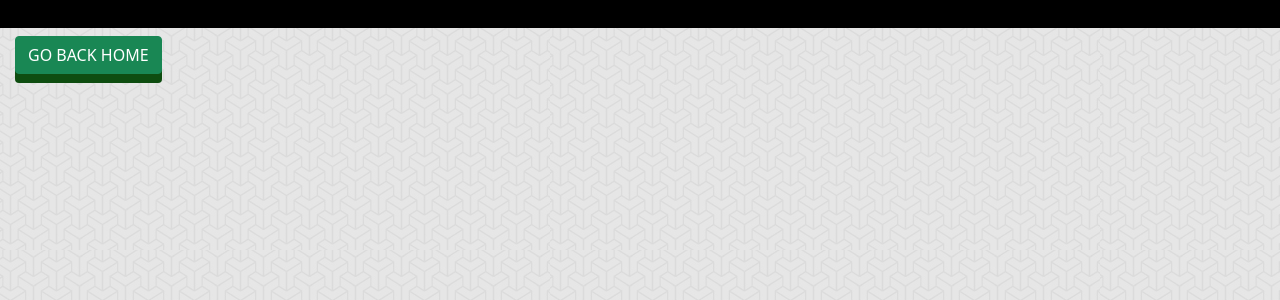
Repository: kavine24/CS490-Python-LMS
Page: html/portal/s/ReviewQuiz.html
An editor plug-in stored every save of this project. The page is shown before and after the next save, followed by the edit.
The browser window is 1280 px wide. The pictures show the whole page.
The page's requests for data from a server got no answer.

Above is the page before, as saved 2022-04-19 19:46:32.

### html/portal/s/ReviewQuiz.html
<!DOCTYPE html>
<html>
  <head>
    <title>Review Exam</title>
    <link rel="stylesheet" href="/style.css">

    <link href="https://cdn.jsdelivr.net/npm/bootstrap@5.1.3/dist/css/bootstrap.min.css" rel="stylesheet" integrity="sha384-1BmE4kWBq78iYhFldvKuhfTAU6auU8tT94WrHftjDbrCEXSU1oBoqyl2QvZ6jIW3" crossorigin="anonymous">
  </head>
  <body>
    <h1 id="header" class="header"></h1>
    <main id="review">
      <a id="goBackHome" href="http://cs490testcenter.ddns.net:50000/portal/s/Home.php">
        <button class="btn btn-success submit">GO BACK HOME</button>
      </a>
    </main>

    <script>

      const urlParams = new URLSearchParams(window.location.search);
      var requestType = 'ReviewExamFTM';
      const examID = urlParams.get('examID');

      function displayExams(){
        const data = {examID, requestType};

        const options = {
          method:'POST',
          headers: {
              "Content-type": "application/json; charset=UTF-8"
          },
          body: JSON.stringify(data)
        };

        fetch('http://cs490testcenter.ddns.net:50000/portal/frontBrowser.php', options)
        .then(response => {
          return response.json();
        })
        .then(data => {
          console.log(data);
          const header = document.getElementById("header");
          header.innerHTML = data.examData.examName;

          const points = document.createTextNode("Grade: " + data.examData.PointsEarned + "/" + data.examData.TotalPoints);
          document.getElementById('review').insertBefore(points, document.getElementById("goBackHome"));
          document.getElementById('review').insertBefore(document.createElement("br"), document.getElementById("goBackHome"));
          document.getElementById('review').insertBefore(document.createElement("br"), document.getElementById("goBackHome"));
          // points.setAttribute("class", "");

          for(let i = 0; i < data.answers.length; i++){
            const div = document.createElement("div");

            const question = document.createElement("label");
            question.setAttribute("class", "container")

            question.appendChild(document.createTextNode("Question " + (i+1)));
            question.appendChild(document.createElement("br"));

            question.appendChild(document.createTextNode(data.answers[i].pointsCorrect + " / " + data.answers[i].points));
            question.appendChild(document.createElement("br"));

            question.appendChild(document.createTextNode("Type: " + data.answers[i].type));
            question.appendChild(document.createElement("br"));

            question.appendChild(document.createTextNode("Difficulty: " + data.answers[i].difficulty));
            question.appendChild(document.createElement("br"));

            question.appendChild(document.createTextNode("Question: " + data.answers[i].question));
            question.appendChild(document.createElement("br"));

            input = document.createElement("textarea");
            input.readOnly = "true";
            input.setAttribute("rows", "15");
            input.setAttribute("cols", "95");
            input.innerHTML = data.answers[i].answer;

            question.appendChild(document.createElement("br"));
            question.appendChild(input);

            question.appendChild(document.createElement("br"));
            question.appendChild(document.createTextNode("Comments: " + data.answers[i].comments));

            div.appendChild(question);

            if(data.answers[i].pointsTable.length > 0){
              const reviewTable = document.createElement("table");
              reviewTable.setAttribute("class", "table");

              const reviewTableHead = document.createElement("thead");
              const tableRow1 = document.createElement("tr");
              tableRow1.setAttribute("class", "filters");

              const tableHeader1 = document.createElement("th");
              tableHeader1.innerHTML = "Case #";

              const tableHeader2 = document.createElement("th");
              tableHeader2.innerHTML = "Input";

              const tableHeader3 = document.createElement("th");
              tableHeader3.innerHTML = "Expected";

              const tableHeader4 = document.createElement("th");
              tableHeader4.innerHTML = "Recieved";

              const tableHeader5 = document.createElement("th");
              tableHeader5.innerHTML = "Points Earned";

              tableRow1.appendChild(tableHeader1);
              tableRow1.appendChild(tableHeader2);
              tableRow1.appendChild(tableHeader3);
              tableRow1.appendChild(tableHeader4);
              tableRow1.appendChild(tableHeader5);

              reviewTableHead.appendChild(tableRow1);
              reviewTable.appendChild(reviewTableHead);

              const tableBody = document.createElement("tbody");

              for(let j = 0; j < data.answers[i].pointsTable.length; j++) {
                const tableRowTR = document.createElement("tr");

                const tableBody1 = document.createElement("td");
                tableBody1.innerHTML = j + 1;

                const tableBody2 = document.createElement("td");
                tableBody2.innerHTML = data.answers[i].pointsTable[j].input;

                const tableBody3 = document.createElement("td");
                tableBody3.innerHTML = data.answers[i].pointsTable[j].expected;

                const tableBody4 = document.createElement("td");
                tableBody4.innerHTML = data.answers[i].pointsTable[j].recieved;

                const tableBody5 = document.createElement("td");
                tableBody5.innerHTML = data.answers[i].pointsTable[j].correct;

                tableRowTR.appendChild(tableBody1);
                tableRowTR.appendChild(tableBody2);
                tableRowTR.appendChild(tableBody3);
                tableRowTR.appendChild(tableBody4);
                tableRowTR.appendChild(tableBody5);

                tableBody.appendChild(tableRowTR);
              }
              reviewTable.appendChild(tableBody);

              const tableRowContraints = document.createElement("tr");

              const tableHead1 = document.createElement("th");
              tableHead1.innerHTML = "Other Criteria";

              const tableHead2 = document.createElement("th");
              tableHead2.innerHTML = "Criteria Check";

              const tableHead3 = document.createElement("th");
              tableHead3.innerHTML = "Points Earned";

              tableRowContraints.appendChild(tableHead1);
              tableRowContraints.appendChild(tableHead2);
              tableRowContraints.appendChild(tableHead3);

              tableBody.appendChild(tableRowContraints);

              if (data.answers[i].fNeeded == "1") {
                const tableCriteria = document.createElement("tr");

                const tableBody1 = document.createElement("td");
                tableBody1.innerHTML = "For Loop";

                const tableBody2 = document.createElement("td");
                tableBody2.innerHTML = data.answers[i].fCorrect == "1" ? "Yes" : "No";

                tableCriteria.appendChild(tableBody1);
                tableCriteria.appendChild(tableBody2);

                tableBody.appendChild(tableCriteria);
              }

              if (data.answers[i].wNeeded == "1") {
                const tableCriteria = document.createElement("tr");

                const tableBody1 = document.createElement("td");
                tableBody1.innerHTML = "While Loop";

                const tableBody2 = document.createElement("td");
                tableBody2.innerHTML = data.answers[i].wCorrect == "1" ? "Yes" : "No";

                tableCriteria.appendChild(tableBody1);
                tableCriteria.appendChild(tableBody2);

                tableBody.appendChild(tableCriteria);
              }

              if (data.answers[i].rNeeded == "1") {
                const tableCriteria = document.createElement("tr");

                const tableBody1 = document.createElement("td");
                tableBody1.innerHTML = "Recursion";

                const tableBody2 = document.createElement("td");
                tableBody2.innerHTML = data.answers[i].rCorrect == "1" ? "Yes" : "No";

                tableCriteria.appendChild(tableBody1);
                tableCriteria.appendChild(tableBody2);

                tableBody.appendChild(tableCriteria);
              }

              const tableCriteriaContraints = document.createElement("tr");

              const tableBodyC1 = document.createElement("td");
              tableBodyC1.innerHTML = "All Constraints";

              const tableBodyC2 = document.createElement("td");
              tableBodyC2.innerHTML = data.answers[i].constraintsCorrect == "1" ? "Yes" : "No";

              const tableBodyC3 = document.createElement("td");
              tableBodyC3.innerHTML = data.answers[i].constraintsCorrect == "1" ? data.answers[i].points * 0.1 : 0;

              tableCriteriaContraints.appendChild(tableBodyC1);
              tableCriteriaContraints.appendChild(tableBodyC2);
              tableCriteriaContraints.appendChild(tableBodyC3);

              tableBody.appendChild(tableCriteriaContraints);



              const tableCriteriaHeader = document.createElement("tr");

              const tableBodyF1 = document.createElement("td");
              tableBodyF1.innerHTML = "Function Header";

              const tableBodyF2 = document.createElement("td");
              tableBodyF2.innerHTML = data.answers[i].headerCorrect == "1" ? "Yes" : "No";

              const tableBodyF3 = document.createElement("td");
              tableBodyF3.innerHTML = data.answers[i].headerCorrect == "1" ? data.answers[i].points * 0.1 : 0;

              tableCriteriaHeader.appendChild(tableBodyF1);
              tableCriteriaHeader.appendChild(tableBodyF2);
              tableCriteriaHeader.appendChild(tableBodyF3);

              tableBody.appendChild(tableCriteriaHeader);

              question.appendChild(reviewTable);


            }else{
              question.appendChild(document.createElement("br"));
              question.appendChild(document.createTextNode("This Question has not been autograded"));
            }

            document.getElementById("review").insertBefore(div, document.getElementById("goBackHome"));
            document.getElementById("review").insertBefore(document.createElement("br"), document.getElementById("goBackHome"));
            document.getElementById("review").insertBefore(document.createElement("br"), document.getElementById("goBackHome"));
          }
        })
        .catch((error) => {
          console.error('Error:', error);
        });

      };

      displayExams();
    </script>
  </body>
</html>

### html/style.css
body {
  background-image: url(portal/pictures/background.jpg);
}

.header {
  color: #97BC62FF;
  background-color: black;
  padding: 14px 16px;
  margin-top: 0px;
}

.submit, .userSubmit, .examTakeButtons, .examReviewButtons {
  padding: 10px 10px;
  margin: 0px 0px 15px 0px;
  font-size: 20px;
  cursor: pointer;
  text-decoration: none;
  outline: none;
  color: #fff;
  background-color: #4CAF50;
  border: none;
  border-radius: 12px;
  box-shadow: 0 9px #0e4d10;
}

.submit:hover, .userSubmit:hover {
  background-color: #215f23;
  box-shadow: 0 9px #1f9923;
}

.submit:active, .userSubmit:active {
  box-shadow: 0 5px #1C7F20;
  transform: translateY(4px)
}

.panel-heading, .panel-title {
  border-color: #4CAF50 !important;
  background-color: #0e4d10 !important;
}

/* .panel-title th {
  border-color: #1f9923;
  background-color: #1C7F20;
} */

.btn-primary {
  background-color: #0e4d10 !important;
  border-color: #4CAF50 !important;
}

.btn-success {
  background-color: #198754 !important;
  border-color: #198754 !important;
}

#submit {
  margin: 20px 0px;
}

#goBackHome {
  margin: 20px 15px;
}

.filterable {
  margin-top: 15px;
}

.filterable .panel-heading .pull-right {
  margin-top: -20px;
}

.filterable .filters input[disabled] {
  background-color: transparent;
  border: none;
  cursor: auto;
  box-shadow: none;
  padding: 0;
  height: auto;
}
.filterable .filters input[disabled]::-webkit-input-placeholder {
  color: #333;
}
.filterable .filters input[disabled]::-moz-placeholder {
  color: #333;
}
.filterable .filters input[disabled]:-ms-input-placeholder {
  color: #333;
}

.container {
  background-color: #a2a2a2;
  background-image: url(portal/pictures/divimage.jpg);
  padding: 14px 16px;
}

.mainHeader {
  background-color: black;
  max-height: 70px;
  display: flex;
  flex-direction: row;
  align-items: center;
  flex-shrink: 0;
  justify-content: center;
  top: 0;
  width: 100%;
  border-bottom: solid 3px black;
}

.navLIST {
  margin-top: 20px;
  display: flex;
}

.navLIST li {
  display: inline-block;
  margin-left: 0;
  color: #97BC62FF;
}

.navLIST li a {
  background-color: black;
  text-decoration: none;
  border-left: 2px solid green;
  padding: 0px 25px;
}

.navLIST li a:hover {
  background-color: black;
  text-decoration: underline;
}

/* body {
  background-image: url(portal/pictures/background.jpg);
  text-align: center;
  margin: auto;
}

#indexLog, h1 {
  color: #97BC62FF;
  margin: 0;
  overflow: hidden;
  background-color: black;
  padding: 14px 16px;
  text-align: center;
}

.forms {
  text-align: center;
  display: inline-block;
  overflow-wrap: break-word;
}

.credentialStyle {
  color: #97BC62FF;
  margin: 0;
  padding: 0px 0px 20px;
  font-size: 20px;
  text-shadow: .5px .5px 0 #000;
}

.submit, .userSubmit, .examTakeButtons, .examReviewButtons {
  display: inline-block;
  padding: 15px 25px;
  font-size: 24px;
  cursor: pointer;
  text-align: center;
  text-decoration: none;
  outline: none;
  color: #fff;
  background-color: #4CAF50;
  border: none;
  border-radius: 12px;
  box-shadow: 0 9px #1C7F20;
  margin: 10px 0px;
}

.submit:hover, .userSubmit:hover {
  background-color: #3e8e41;
  box-shadow: 0 9px #1C7F20;
}

.submit:active, .userSubmit:active {
  box-shadow: 0 5px #1C7F20;
  transform: translateY(4px)
}

#createQuestionForm {
  padding: 10px;
  text-align: center;
}

div {
  border-radius: 5px;
  background-color: #a2a2a2;
  background-image: url(portal/pictures/divimage.jpg);
  padding: 20px;
  text-align: center;
  display: inline-block;
  max-width: 750px;
}

.centered {
  position: absolute;
  top: 50%;
  left: 50%;
  transform: translate(-50%, -50%);
  text-align: center;
  display: inline-block;
}

.centeredsearch {
  position: absolute;
  top: 15%;
  left: 50%;
  transform: translate(-50%, -50%);
  text-align: center;
  display: inline-block;
}

.left {
  left: 0;
  display: inline-block;
}


.right {
  right: 0;
  display: inline-block;
}

.split {
  height: 100%;
  width: 50%;
  position: absolute;
}
table , th, td{
  border: 1px solid;
  width: 100%;
} */

After the next save:
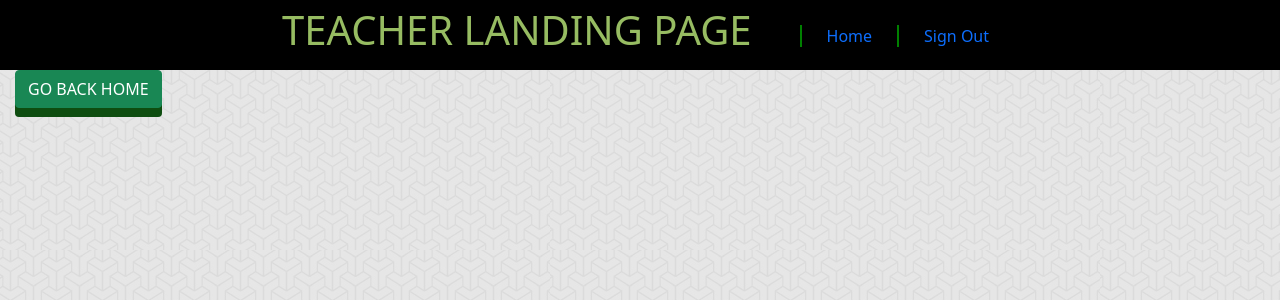
Saved 49 s later.
--- a/html/portal/s/ReviewQuiz.html
+++ b/html/portal/s/ReviewQuiz.html
@@ -7,7 +7,15 @@
     <link href="https://cdn.jsdelivr.net/npm/bootstrap@5.1.3/dist/css/bootstrap.min.css" rel="stylesheet" integrity="sha384-1BmE4kWBq78iYhFldvKuhfTAU6auU8tT94WrHftjDbrCEXSU1oBoqyl2QvZ6jIW3" crossorigin="anonymous">
   </head>
   <body>
-    <h1 id="header" class="header"></h1>
+    <header class="mainHeader">
+      <h1 id="header" class="header">TEACHER LANDING PAGE</h1>
+      <ul class="navLIST">
+          <li><a href="http://cs490testcenter.ddns.net:50000/portal/t/Home.php">Home</a></li>
+          <li><a href="http://cs490testcenter.ddns.net:50000">Sign Out</a></li>
+        </ul>
+      <br>
+    </header>
+
     <main id="review">
       <a id="goBackHome" href="http://cs490testcenter.ddns.net:50000/portal/s/Home.php">
         <button class="btn btn-success submit">GO BACK HOME</button>
@@ -160,68 +168,84 @@
 
               tableBody.appendChild(tableRowContraints);
 
-              if (data.answers[i].fNeeded == "1") {
-                const tableCriteria = document.createElement("tr");
-
-                const tableBody1 = document.createElement("td");
-                tableBody1.innerHTML = "For Loop";
-
-                const tableBody2 = document.createElement("td");
-                tableBody2.innerHTML = data.answers[i].fCorrect == "1" ? "Yes" : "No";
-
-                tableCriteria.appendChild(tableBody1);
-                tableCriteria.appendChild(tableBody2);
-
-                tableBody.appendChild(tableCriteria);
+              numConsts = parseInt(data.answers[i].fNeeded) + parseInt(data.answers[i].wNeeded) + parseInt(data.answers[i].rNeeded);
+
+              if(numConsts > 0) {
+                if (data.answers[i].fNeeded == "1") {
+                  const tableCriteria = document.createElement("tr");
+
+                  const tableBody1 = document.createElement("td");
+                  tableBody1.innerHTML = "For Loop";
+
+                  const tableBody2 = document.createElement("td");
+                  tableBody2.innerHTML = data.answers[i].fCorrect == "1" ? "Yes" : "No";
+
+                  const tableBody3 = document.createElement("td");
+                  tableBody3.innerHTML = data.answers[i].fCorrect == "1" ? data.answers[i].points * 0.1 / numConsts: 0;
+
+                  tableCriteria.appendChild(tableBody1);
+                  tableCriteria.appendChild(tableBody2);
+                  tableCriteria.appendChild(tableBody3);
+
+                  tableBody.appendChild(tableCriteria);
+                }
+
+                if (data.answers[i].wNeeded == "1") {
+                  const tableCriteria = document.createElement("tr");
+
+                  const tableBody1 = document.createElement("td");
+                  tableBody1.innerHTML = "While Loop";
+
+                  const tableBody2 = document.createElement("td");
+                  tableBody2.innerHTML = data.answers[i].wCorrect == "1" ? "Yes" : "No";
+
+                  const tableBody3 = document.createElement("td");
+                  tableBody3.innerHTML = data.answers[i].wCorrect == "1" ? data.answers[i].points * 0.1 / numConsts: 0;
+
+                  tableCriteria.appendChild(tableBody1);
+                  tableCriteria.appendChild(tableBody2);
+                  tableCriteria.appendChild(tableBody3);
+
+                  tableBody.appendChild(tableCriteria);
+                }
+
+                if (data.answers[i].rNeeded == "1") {
+                  const tableCriteria = document.createElement("tr");
+
+                  const tableBody1 = document.createElement("td");
+                  tableBody1.innerHTML = "Recursion";
+
+                  const tableBody2 = document.createElement("td");
+                  tableBody2.innerHTML = data.answers[i].rCorrect == "1" ? "Yes" : "No";
+
+                  const tableBody3 = document.createElement("td");
+                  tableBody3.innerHTML = data.answers[i].rCorrect == "1" ? data.answers[i].points * 0.1 / numConsts: 0;
+
+
+                  tableCriteria.appendChild(tableBody1);
+                  tableCriteria.appendChild(tableBody2);
+                  tableCriteria.appendChild(tableBody3);
+
+                  tableBody.appendChild(tableCriteria);
+                }
+
+                const tableCriteriaContraints = document.createElement("tr");
+
+                const tableBodyC1 = document.createElement("td");
+                tableBodyC1.innerHTML = "All Constraints";
+
+                const tableBodyC2 = document.createElement("td");
+                tableBodyC2.innerHTML = data.answers[i].constraintsCorrect == "1" ? "Yes" : "No";
+
+                const tableBodyC3 = document.createElement("td");
+                tableBodyC3.innerHTML = data.answers[i].constraintsCorrect == "1" ? data.answers[i].points * 0.1 : 0;
+
+                tableCriteriaContraints.appendChild(tableBodyC1);
+                tableCriteriaContraints.appendChild(tableBodyC2);
+                tableCriteriaContraints.appendChild(tableBodyC3);
+
+                tableBody.appendChild(tableCriteriaContraints);
               }
-
-              if (data.answers[i].wNeeded == "1") {
-                const tableCriteria = document.createElement("tr");
-
-                const tableBody1 = document.createElement("td");
-                tableBody1.innerHTML = "While Loop";
-
-                const tableBody2 = document.createElement("td");
-                tableBody2.innerHTML = data.answers[i].wCorrect == "1" ? "Yes" : "No";
-
-                tableCriteria.appendChild(tableBody1);
-                tableCriteria.appendChild(tableBody2);
-
-                tableBody.appendChild(tableCriteria);
-              }
-
-              if (data.answers[i].rNeeded == "1") {
-                const tableCriteria = document.createElement("tr");
-
-                const tableBody1 = document.createElement("td");
-                tableBody1.innerHTML = "Recursion";
-
-                const tableBody2 = document.createElement("td");
-                tableBody2.innerHTML = data.answers[i].rCorrect == "1" ? "Yes" : "No";
-
-                tableCriteria.appendChild(tableBody1);
-                tableCriteria.appendChild(tableBody2);
-
-                tableBody.appendChild(tableCriteria);
-              }
-
-              const tableCriteriaContraints = document.createElement("tr");
-
-              const tableBodyC1 = document.createElement("td");
-              tableBodyC1.innerHTML = "All Constraints";
-
-              const tableBodyC2 = document.createElement("td");
-              tableBodyC2.innerHTML = data.answers[i].constraintsCorrect == "1" ? "Yes" : "No";
-
-              const tableBodyC3 = document.createElement("td");
-              tableBodyC3.innerHTML = data.answers[i].constraintsCorrect == "1" ? data.answers[i].points * 0.1 : 0;
-
-              tableCriteriaContraints.appendChild(tableBodyC1);
-              tableCriteriaContraints.appendChild(tableBodyC2);
-              tableCriteriaContraints.appendChild(tableBodyC3);
-
-              tableBody.appendChild(tableCriteriaContraints);
-
 
 
               const tableCriteriaHeader = document.createElement("tr");
@@ -233,7 +257,7 @@
               tableBodyF2.innerHTML = data.answers[i].headerCorrect == "1" ? "Yes" : "No";
 
               const tableBodyF3 = document.createElement("td");
-              tableBodyF3.innerHTML = data.answers[i].headerCorrect == "1" ? data.answers[i].points * 0.1 : 0;
+              tableBodyF3.innerHTML = data.answers[i].headerCorrect == "1" ? (numConsts > 0 ? data.answers[i].points * 0.1 : data.answers[i].points * 0.2) : 0;
 
               tableCriteriaHeader.appendChild(tableBodyF1);
               tableCriteriaHeader.appendChild(tableBodyF2);
